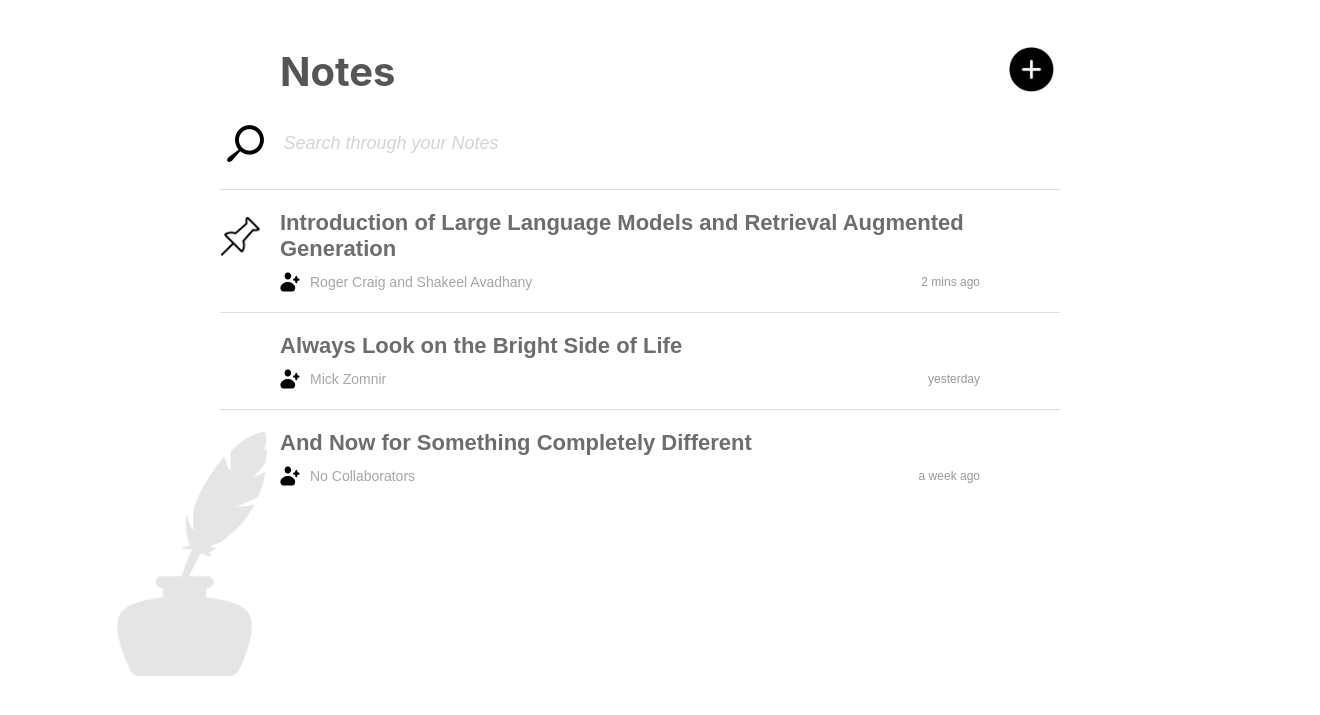
Repository: shabiasaeed/Notes-app
Page: /
These files come from the project's save history. The page is drawn as it stood at one moment and after the next save; the edit follows.
The browser window is 1280 px wide. The page is 1320 px wide, so the pictures cover 1320 px, including what lies to the right of the window. The pictures show the whole page.
The project was rebuilt for these pictures with package versions that can differ from the ones it lists, and the page was loaded fresh each time.

Above is the page before, as saved 2024-12-25 19:30:32.

After the next save:
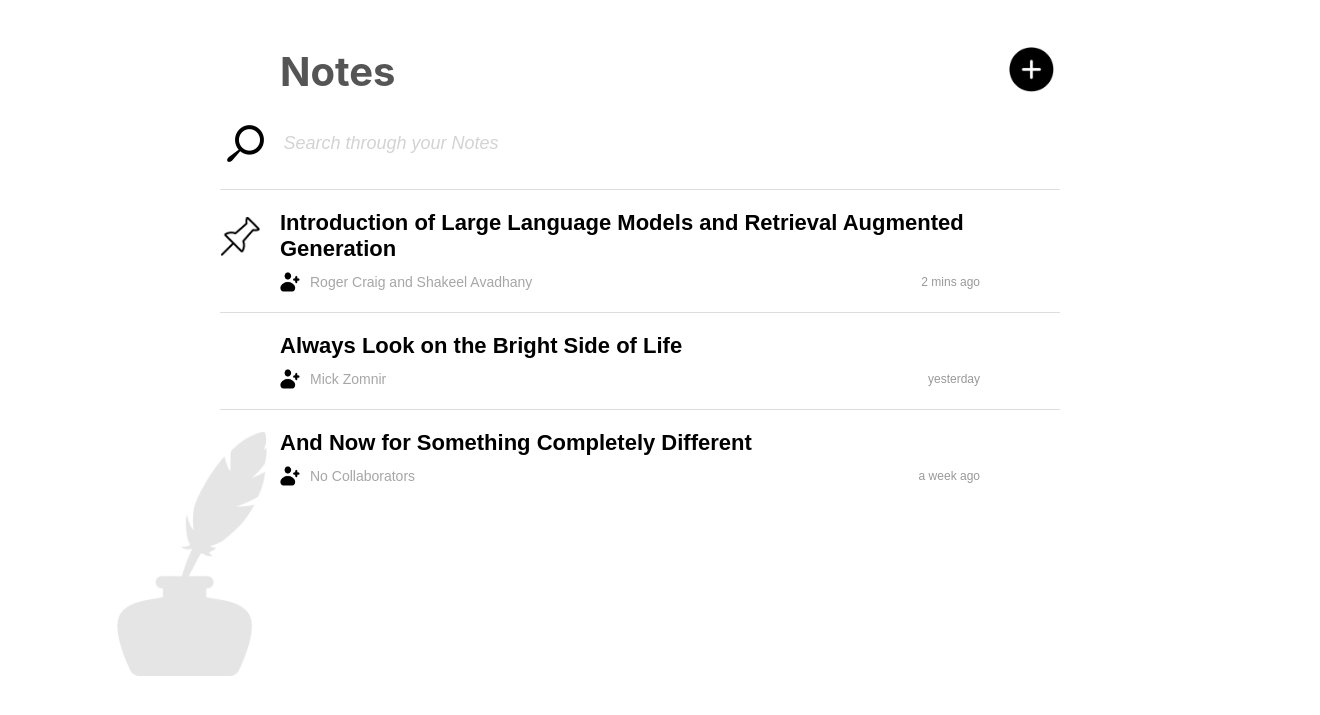
Saved 48 min 19 s later.
--- a/src/components/Note.css
+++ b/src/components/Note.css
@@ -19,7 +19,7 @@
 .note-header h2 {
     margin: 0 0 0 10px;
     font-size: 22px;
-    color: #6D6D6D;
+    color: #000;
 }
 
 .pin-icon {

After the save that followed:
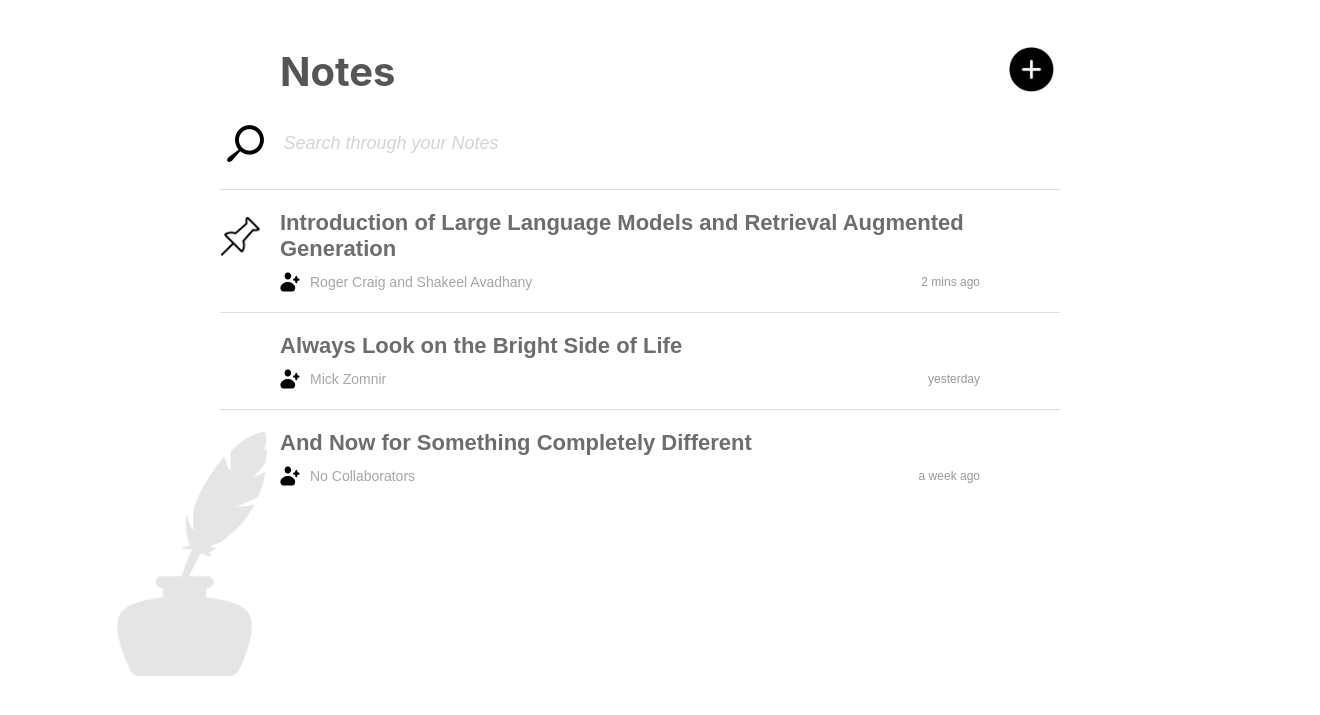
Saved 3 min 50 s later.
--- a/src/components/Note.css
+++ b/src/components/Note.css
@@ -19,7 +19,7 @@
 .note-header h2 {
     margin: 0 0 0 10px;
     font-size: 22px;
-    color: #000;
+    color: #6D6D6D;
 }
 
 .pin-icon {
